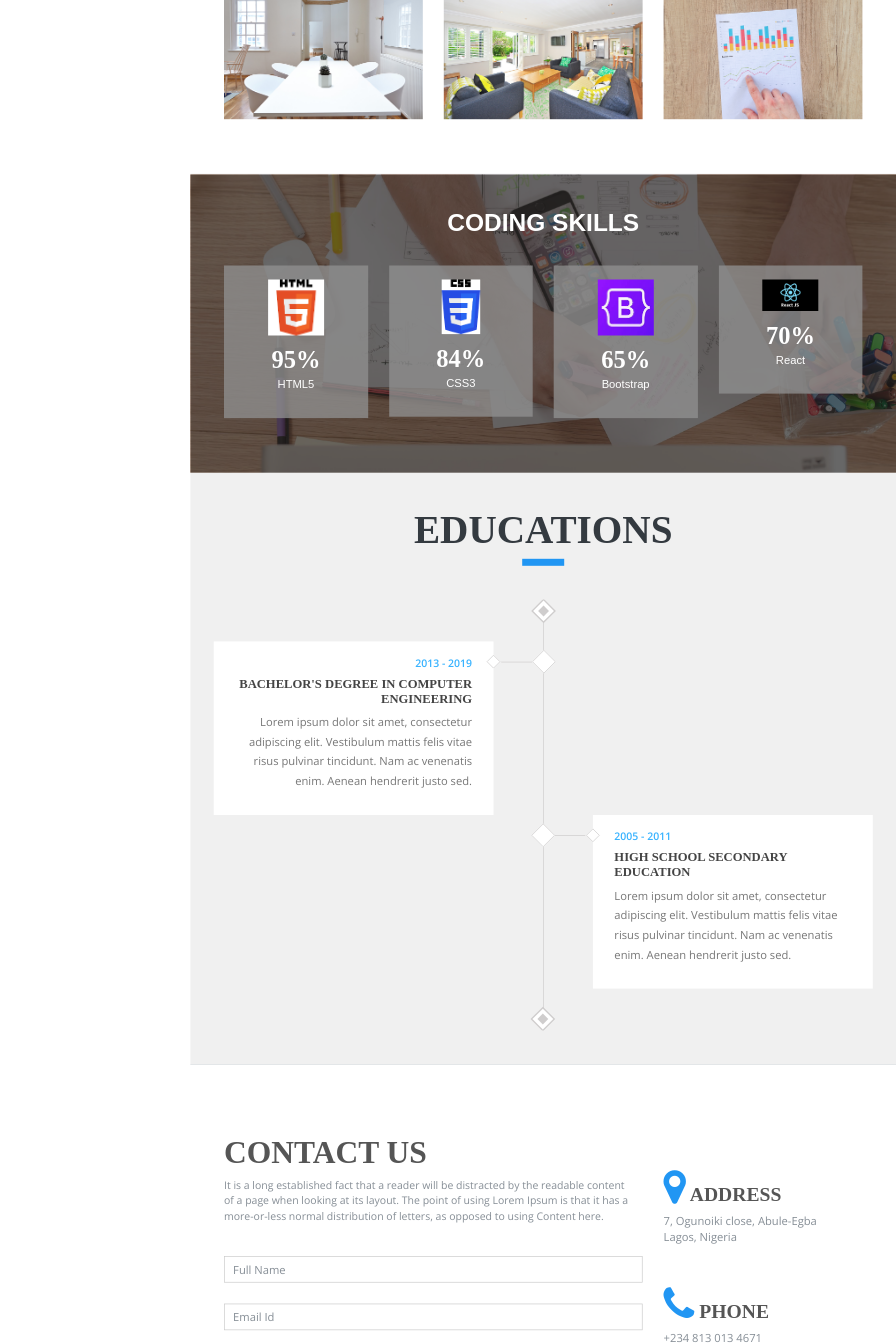
Repository: smit1298/portfolio
Page: index.html
These files come from the project's save history. The page is drawn as it stood at one moment and after the next save; the edit follows.
The browser window is 1280 px wide. The pictures show the part of the page from y = 1935 to 3855 px (the page is 4819 px tall before and 4831 px after), at 70% of full size.
Some web fonts or font styles are not loaded; a fallback is used.

Above is the page before, as saved 2021-06-28 18:26:56.

After the next save:
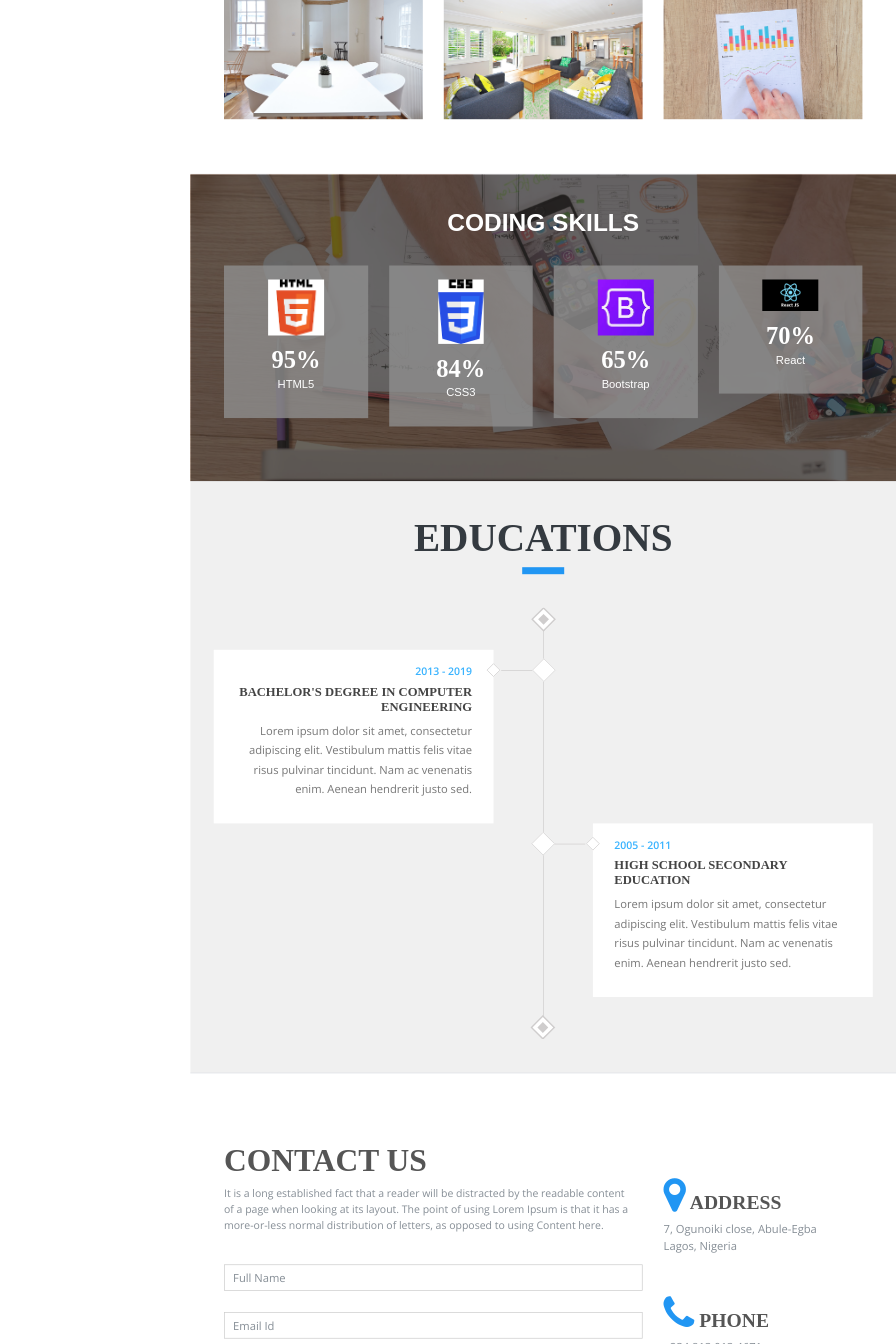
Saved 30 s later.
--- a/index.html
+++ b/index.html
@@ -353,7 +353,7 @@
             </div>
             <div class="col-md-3 col-sm-6">
               <div class="skill-item">
-                <img src="./img/skills/css.png" style="width: 55px; height: auto;" alt="css3" />
+                <img src="./img/skills/css.png" style="width: 65px; height: auto;" alt="css3" />
                 <h2><span class="counter"> 84 </span><span>%</span></h2>
                 <p>CSS3</p>
               </div>
